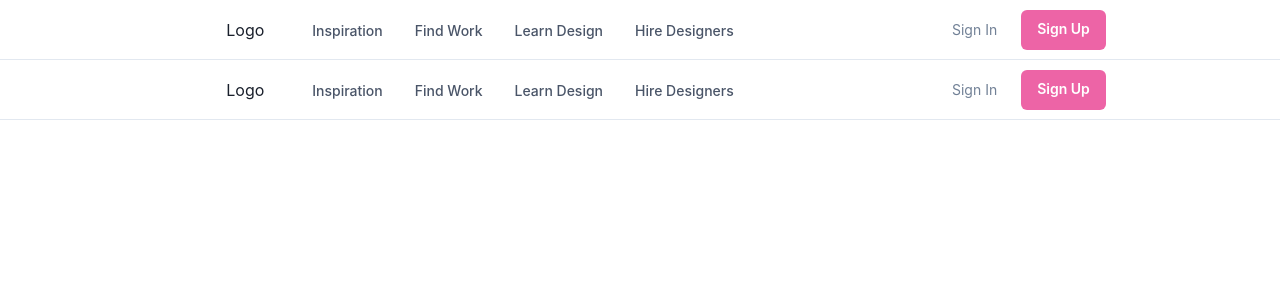
Repository: phob0/stake-app
Page: /layout
The author's editor kept a copy of each file at every save. The page is drawn from the files as they stood at one save, then again after the next save.
The browser window is 1280 px wide. The pictures show the whole page.
The project was rebuilt for these pictures with package versions that can differ from the ones it lists, and the page was loaded fresh each time. The framework's server and built-in components were replaced by stand-ins that run in the browser. Also part of the build but not shown: next.config.js.

Above is the page before, as saved 2023-08-31 03:23:04.

### pages/_app.tsx
import type { AppProps } from 'next/app'
import Layout from './layout'
import { ChakraProvider } from '@chakra-ui/react'

export default function ({ Component, pageProps }: AppProps) {
    return (
        <ChakraProvider>
            <Layout>
                <Component {...pageProps} />
            </Layout>
        </ChakraProvider>
    )
}

### pages/layout.tsx

import Navbar from './../components/Navbar/Navbar'

export default function Layout({ children }: {
    children: React.ReactNode;
}) {
    return (
        <div className="content">
            <Navbar />
            {children}
        </div>
    );
}

### components/Navbar/Navbar.tsx
'use client'

import {
  Box,
  Flex,
  Text,
  IconButton,
  Button,
  Stack,
  Collapse,
  Icon,
  Popover,
  PopoverTrigger,
  PopoverContent,
  useColorModeValue,
  useBreakpointValue,
  useDisclosure,
} from '@chakra-ui/react'
import {
  HamburgerIcon,
  CloseIcon,
  ChevronDownIcon,
  ChevronRightIcon,
} from '@chakra-ui/icons'

export default function Navbar() {
  const { isOpen, onToggle } = useDisclosure()

  return (
    <Box>
      <Flex
        bg={useColorModeValue('white', 'gray.800')}
        color={useColorModeValue('gray.600', 'white')}
        minH={'60px'}
        py={{ base: 2 }}
        px={{ base: 4 }}
        borderBottom={1}
        borderStyle={'solid'}
        borderColor={useColorModeValue('gray.200', 'gray.900')}
        align={'center'}>
        <Flex
          flex={{ base: 1, md: 'auto' }}
          ml={{ base: -2 }}
          display={{ base: 'flex', md: 'none' }}>
          <IconButton
            onClick={onToggle}
            icon={isOpen ? <CloseIcon w={3} h={3} /> : <HamburgerIcon w={5} h={5} />}
            variant={'ghost'}
            aria-label={'Toggle Navigation'}
          />
        </Flex>
        <Flex flex={{ base: 3 }} justify={{ base: 'center', md: 'center' }}>
          <Text
            textAlign={useBreakpointValue({ base: 'center', md: 'left' })}
            fontFamily={'heading'}
            color={useColorModeValue('gray.800', 'white')}>
            Logo
          </Text>

          <Flex display={{ base: 'none', md: 'flex' }} ml={10}>
            <DesktopNav />
          </Flex>
        </Flex>

        <Stack
          flex={{ base: 1, md: 1 }}
          justify={'flex-center'}
          direction={'row'}
          spacing={6}>
          <Button as={'a'} fontSize={'sm'} fontWeight={400} variant={'link'} href={'#'}>
            Sign In
          </Button>
          <Button
            as={'a'}
            display={{ base: 'none', md: 'inline-flex' }}
            fontSize={'sm'}
            fontWeight={600}
            color={'white'}
            bg={'pink.400'}
            href={'#'}
            _hover={{
              bg: 'pink.300',
            }}>
            Sign Up
          </Button>
        </Stack>
      </Flex>

      <Collapse in={isOpen} animateOpacity>
        <MobileNav />
      </Collapse>
    </Box>
  )
}

const DesktopNav = () => {
  const linkColor = useColorModeValue('gray.600', 'gray.200')
  const linkHoverColor = useColorModeValue('gray.800', 'white')
  const popoverContentBgColor = useColorModeValue('white', 'gray.800')

  return (
    <Stack direction={'row'} spacing={4}>
      {NAV_ITEMS.map((navItem) => (
        <Box key={navItem.label}>
          <Popover trigger={'hover'} placement={'bottom-start'}>
            <PopoverTrigger>
              <Box
                as="a"
                p={2}
                href={navItem.href ?? '#'}
                fontSize={'sm'}
                fontWeight={500}
                color={linkColor}
                _hover={{
                  textDecoration: 'none',
                  color: linkHoverColor,
                }}>
                {navItem.label}
              </Box>
            </PopoverTrigger>

            {navItem.children && (
              <PopoverContent
                border={0}
                boxShadow={'xl'}
                bg={popoverContentBgColor}
                p={4}
                rounded={'xl'}
                minW={'sm'}>
                <Stack>
                  {navItem.children.map((child) => (
                    <DesktopSubNav key={child.label} {...child} />
                  ))}
                </Stack>
              </PopoverContent>
            )}
          </Popover>
        </Box>
      ))}
    </Stack>
  )
}

const DesktopSubNav = ({ label, href, subLabel }: NavItem) => {
  return (
    <Box
      as="a"
      href={href}
      role={'group'}
      display={'block'}
      p={2}
      rounded={'md'}
      _hover={{ bg: useColorModeValue('pink.50', 'gray.900') }}>
      <Stack direction={'row'} align={'center'}>
        <Box>
          <Text
            transition={'all .3s ease'}
            _groupHover={{ color: 'pink.400' }}
            fontWeight={500}>
            {label}
          </Text>
          <Text fontSize={'sm'}>{subLabel}</Text>
        </Box>
        <Flex
          transition={'all .3s ease'}
          transform={'translateX(-10px)'}
          opacity={0}
          _groupHover={{ opacity: '100%', transform: 'translateX(0)' }}
          justify={'flex-end'}
          align={'center'}
          flex={1}>
          <Icon color={'pink.400'} w={5} h={5} as={ChevronRightIcon} />
        </Flex>
      </Stack>
    </Box>
  )
}

const MobileNav = () => {
  return (
    <Stack bg={useColorModeValue('white', 'gray.800')} p={4} display={{ md: 'none' }}>
      {NAV_ITEMS.map((navItem) => (
        <MobileNavItem key={navItem.label} {...navItem} />
      ))}
    </Stack>
  )
}

const MobileNavItem = ({ label, children, href }: NavItem) => {
  const { isOpen, onToggle } = useDisclosure()

  return (
    <Stack spacing={4} onClick={children && onToggle}>
      <Box
        py={2}
        as="a"
        href={href ?? '#'}
        justifyContent="space-between"
        alignItems="center"
        _hover={{
          textDecoration: 'none',
        }}>
        <Text fontWeight={600} color={useColorModeValue('gray.600', 'gray.200')}>
          {label}
        </Text>
        {children && (
          <Icon
            as={ChevronDownIcon}
            transition={'all .25s ease-in-out'}
            transform={isOpen ? 'rotate(180deg)' : ''}
            w={6}
            h={6}
          />
        )}
      </Box>

      <Collapse in={isOpen} animateOpacity style={{ marginTop: '0!important' }}>
        <Stack
          mt={2}
          pl={4}
          borderLeft={1}
          borderStyle={'solid'}
          borderColor={useColorModeValue('gray.200', 'gray.700')}
          align={'start'}>
          {children &&
            children.map((child) => (
              <Box as="a" key={child.label} py={2} href={child.href}>
                {child.label}
              </Box>
            ))}
        </Stack>
      </Collapse>
    </Stack>
  )
}

interface NavItem {
  label: string
  subLabel?: string
  children?: Array<NavItem>
  href?: string
}

const NAV_ITEMS: Array<NavItem> = [
  {
    label: 'Inspiration',
    children: [
      {
        label: 'Explore Design Work',
        subLabel: 'Trending Design to inspire you',
        href: '#',
      },
      {
        label: 'New & Noteworthy',
        subLabel: 'Up-and-coming Designers',
        href: '#',
      },
    ],
  },
  {
    label: 'Find Work',
    children: [
      {
        label: 'Job Board',
        subLabel: 'Find your dream design job',
        href: '#',
      },
      {
        label: 'Freelance Projects',
        subLabel: 'An exclusive list for contract work',
        href: '#',
      },
    ],
  },
  {
    label: 'Learn Design',
    href: '#',
  },
  {
    label: 'Hire Designers',
    href: '#',
  },
]

After the next save:
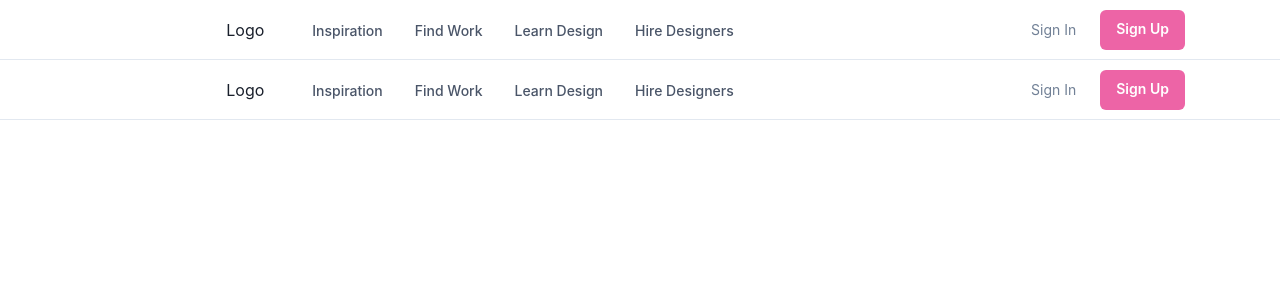
Saved 42 s later.
--- a/components/Navbar/Navbar.tsx
+++ b/components/Navbar/Navbar.tsx
@@ -64,7 +64,7 @@ export default function Navbar() {
 
         <Stack
           flex={{ base: 1, md: 1 }}
-          justify={'flex-center'}
+          justify={'center'}
           direction={'row'}
           spacing={6}>
           <Button as={'a'} fontSize={'sm'} fontWeight={400} variant={'link'} href={'#'}>
